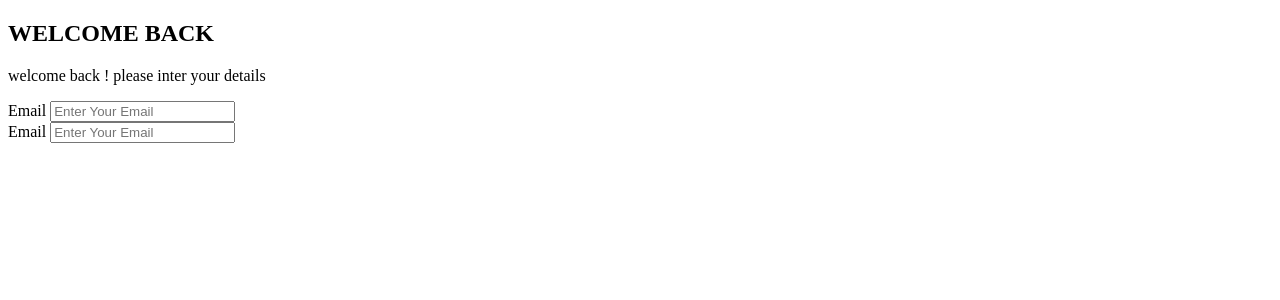
Repository: hiba2337/Fromix
Page: login.html
These files come from the project's save history. The page is drawn as it stood at one moment and after the next save; the edit follows.
The browser window is 1280 px wide. The pictures show the whole page.

Above is the page before, as saved 2025-10-25 13:36:43.

### login.html
<!DOCTYPE html>
<html lang="fr">
<head>
    <meta charset="UTF-8">
    <meta name="viewport" content="width=device-width, initial-scale=1.0">
    <title> Formix / Log in</title>
</head>
<body>
 <div class="log-in">
    <div class="form">
<div class="text">
    <h2>
WELCOME BACK
    </h2>
    <p>welcome back ! please inter your details</p>
   <form action="">
    <div class="email">
        <label for="email">Email</label>
        <input type="email" name="email" id="email" placeholder="Enter Your Email">
    </div>
    <div class="email">
        <label for="email">Email</label>
        <input type="email" name="email" id="email" placeholder="Enter Your Email">
    </div>
   </form>

</div>
    </div>
    <div class="img">

    </div>
 </div>
</body>
</html>

After the next save:
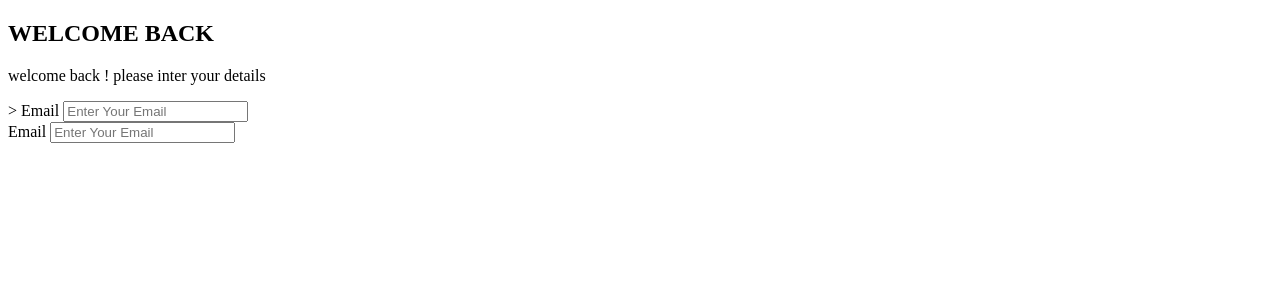
Saved 24 s later.
--- a/login.html
+++ b/login.html
@@ -14,7 +14,7 @@
     </h2>
     <p>welcome back ! please inter your details</p>
    <form action="">
-    <div class="email">
+    >
         <label for="email">Email</label>
         <input type="email" name="email" id="email" placeholder="Enter Your Email">
     </div>
